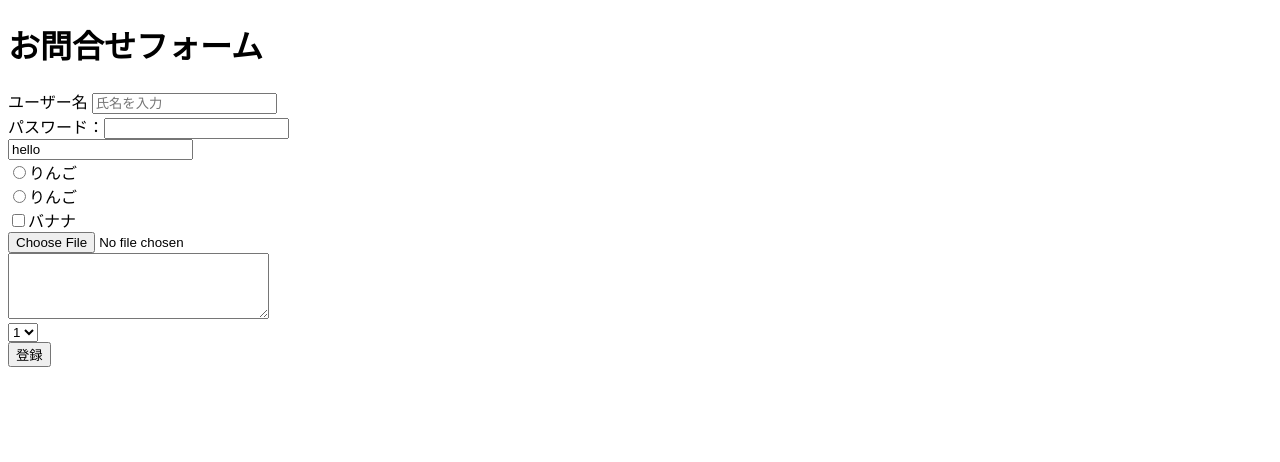
Repository: Jutta197/frontend726
Page: form.html
These files come from the project's save history. The page is drawn as it stood at one moment and after the next save; the edit follows.
The browser window is 1280 px wide. The pictures show the whole page.

Above is the page before, as saved 2023-07-27 15:44:33.

### form.html
<!DOCTYPE html>
<html lang="en">

<head>
    <meta charset="UTF-8">
    <meta name="viewport" content="width=device-width, initial-scale=1.0">
    <title>Document</title>
</head>

<body>
    <h1>お問合せフォーム</h1>
    <form action="" method="post">
        <label for="username">ユーザー名</label>
        <input type="text" name="username" placeholder="氏名を入力" required><br>
        パスワード：<input type="password" name="password"><br>
        <input type="text" name="name" value="hello"><br>
        <input type="radio">りんご<br>
        <input type="radio">りんご<br>
        <input type="checkbox">バナナ<br>
        <input type="file"><br>
        <textarea name="details" id="" cols="30" rows="4"></textarea><br>
        <select name="fruit" id="">
            <option value="1">1</option>
            <option value="2">2</option>
            <option value="3">3</option>
        </select><br>

        <input type="submit" value="登録">


    </form>


</body>

</html>

After the next save:
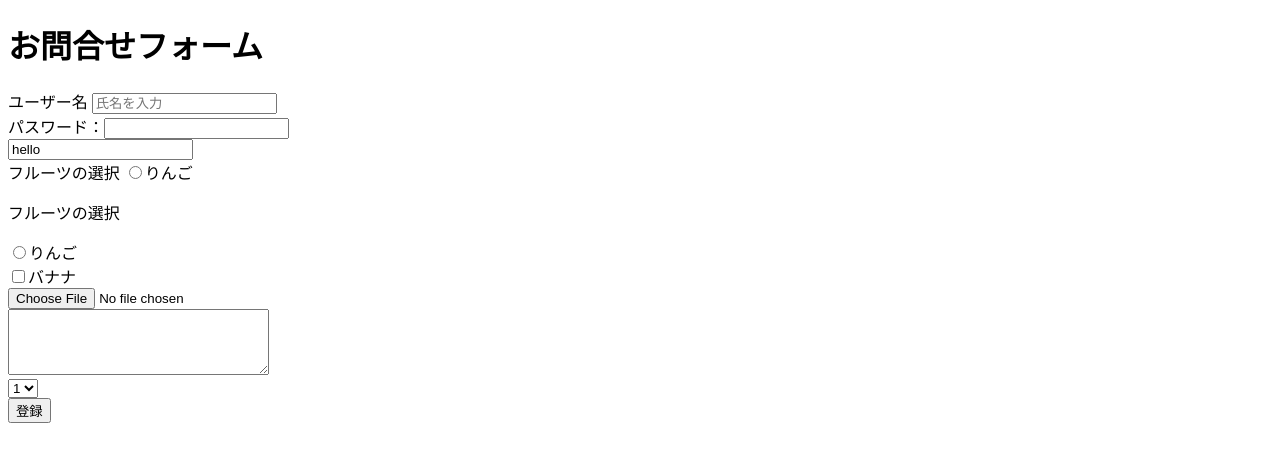
Saved 2 min 18 s later.
--- a/form.html
+++ b/form.html
@@ -14,8 +14,11 @@
         <input type="text" name="username" placeholder="氏名を入力" required><br>
         パスワード：<input type="password" name="password"><br>
         <input type="text" name="name" value="hello"><br>
-        <input type="radio">りんご<br>
-        <input type="radio">りんご<br>
+        <label for="apple1">フルーツの選択</label>
+        <input type="radio" id="apple1" value="りんご">りんご<br>
+        <p>フルーツの選択</p>
+        <input type="radio" id="apple1" value="りんご">りんご<br>
+
         <input type="checkbox">バナナ<br>
         <input type="file"><br>
         <textarea name="details" id="" cols="30" rows="4"></textarea><br>
